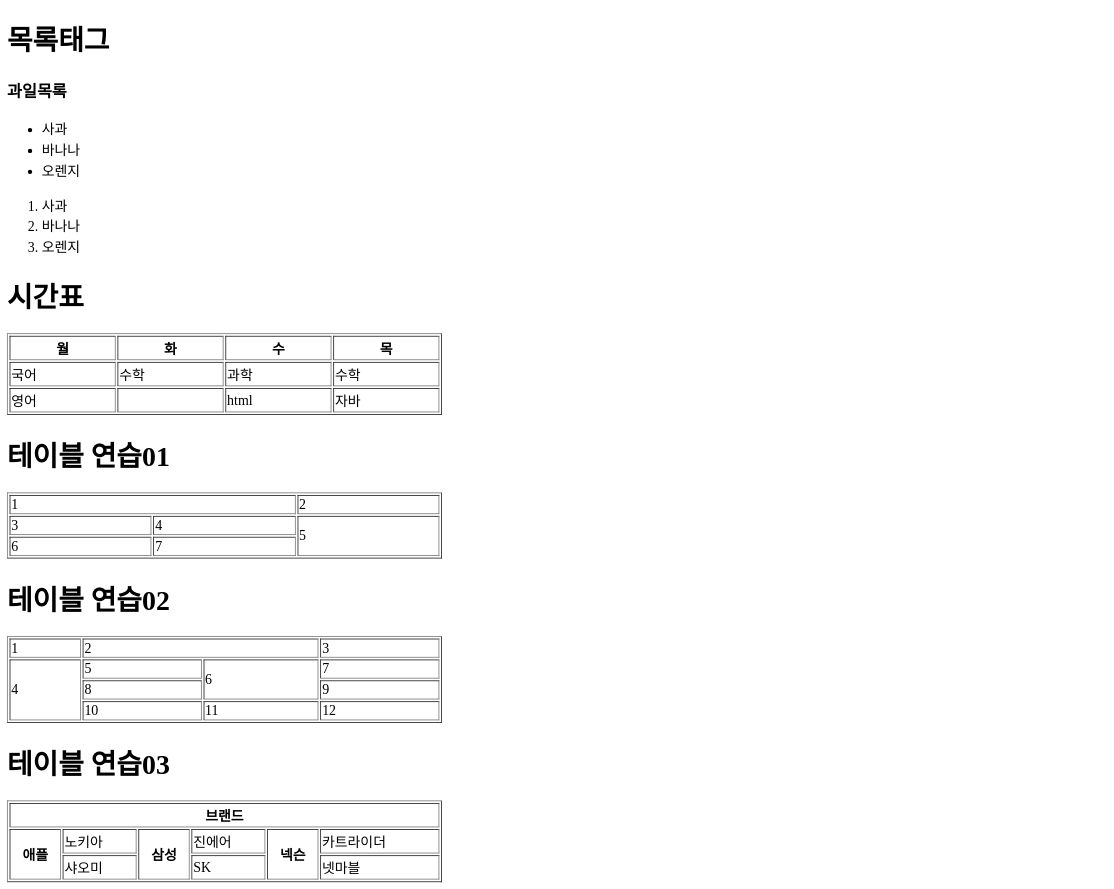
Repository: blinggg/html_git
Page: 0406/ex0406/WebContent/ex04.html
These files come from the project's save history. The page is drawn as it stood at one moment and after the next save; the edit follows.
The browser window is 1280 px wide. The pictures show the whole page, at 87% of full size.

Above is the page before, as saved 2020-04-06 05:25:58.

### 0406/ex0406/WebContent/ex04.html
<!DOCTYPE html>
<html>
<head>
<meta charset="UTF-8">
<title>연습4</title>
</head>
<body>
	<h1>목록태그</h1>
	<h3>과일목록</h3>

	<!-- 순서가 없는 리스트 -->
	<ul>
		<li>사과  </li>
		<li>바나나</li>
		<li>오렌지</li>
	</ul>

	<!-- 순서가 있는 리스트 -->
	<ol><li>사과  </li>
		<li>바나나</li>
		<li>오렌지</li>
	</ol>

	<h1>시간표</h1>
	<table border=1 width=500>
		<tr>
			<th>월</th>
			<th>화</th>
			<th>수</th>
			<th>목</th>


		</tr>
		<tr>
			<td>국어</td>
			<td>수학</td>
			<td>과학</td>
			<td>수학</td>
		</tr>

		<tr>
			<td>영어</td>
			<td></td>
			<td>html</td>
			<td>자바</td>

		</tr>
		</table>

		<h1>테이블 연습01</h1>
		<table border=1 width=500>
			<tr>
				<td colspan=2>1</td>
				<td>2</td>
			</tr>
			<tr>
				<td>3</td>
				<td>4</td>
				<td rowspan=2>5</td>
			</tr>
			<tr>
				<td>6</td>
				<td>7</td>
			</tr>
		</table>

		<h1>테이블 연습02</h1>
		<table border=1 width=500>
			<tr>
			<td>1</td>
			<td colspan=2>2</td>
			<td>3</td>
			</tr>
			<tr>
			<td rowspan=3>4</td>
			<td>5</td>
			<td rowspan=2>6</td>
			<td>7</td>
			</tr>

			<tr>
			<td>8</td>
			<td>9</td>
			</tr>

			<tr>
			<td>10</td>
			<td>11</td>
			<td>12</td>

		</table>

		<h1>테이블 연습03</h1>
		<table border=1 width=500>
		<tr>
		<th colspan=6>브랜드</th>
		</tr>

		<tr>
		<th rowspan=6>애플</th>
		<td>노키아</td>
		<th rowspan=9>삼성</th>
		<td>진에어</td>
		<th rowspan=5>넥슨</th>
		<td>카트라이더</td>
		</tr>

		<tr>
		<td>샤오미</td>
		<td>SK</td>
		<td>넷마블</td>













		</table>
</body>
</html>

After the next save:
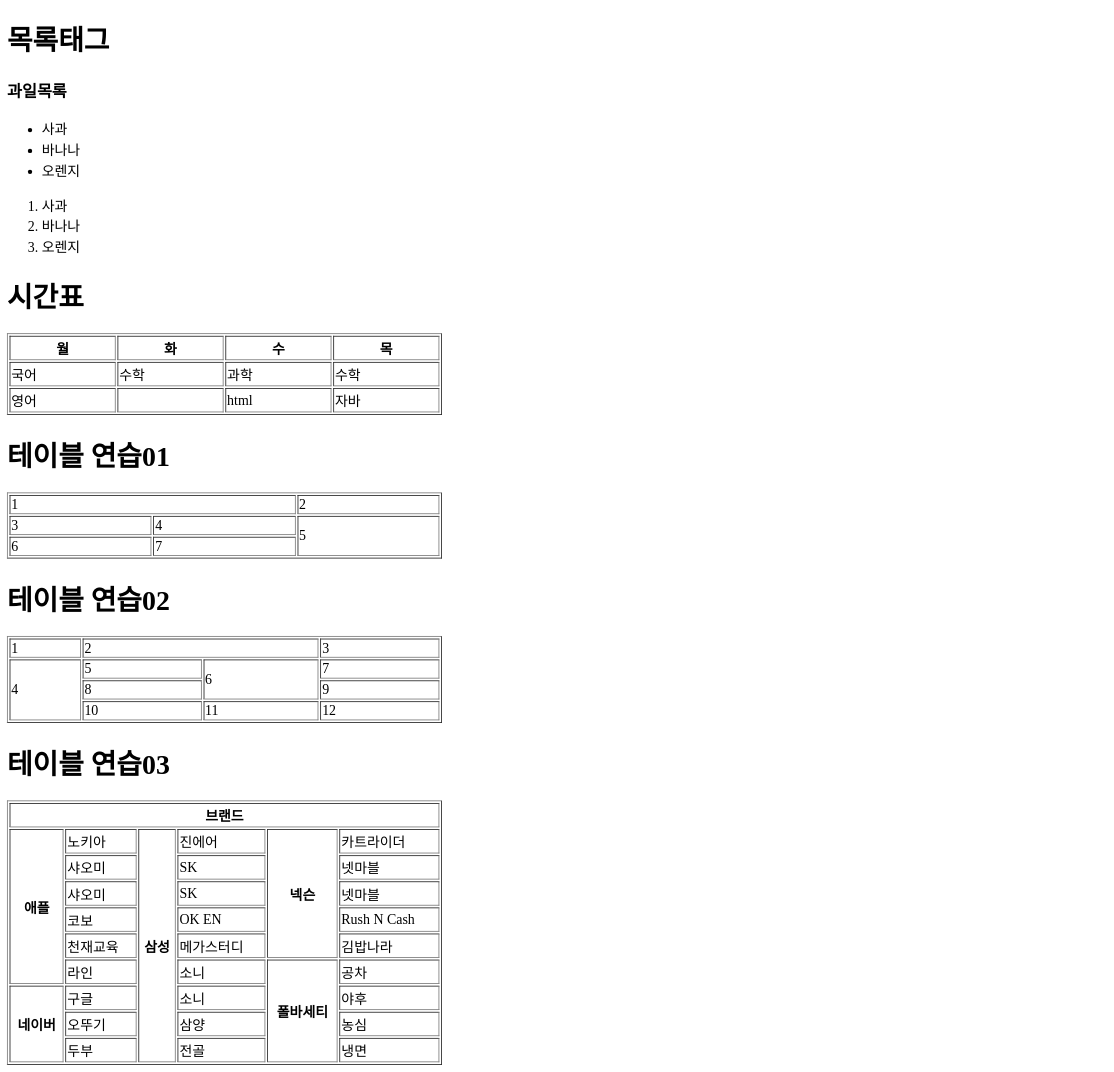
Saved 5 min 1 s later.
--- a/0406/ex0406/WebContent/ex04.html
+++ b/0406/ex0406/WebContent/ex04.html
@@ -109,17 +109,51 @@
 		<td>샤오미</td>
 		<td>SK</td>
 		<td>넷마블</td>
+		</tr>
 
+		<tr>
+		<td>샤오미</td>
+		<td>SK</td>
+		<td>넷마블</td>
+		</tr>
 
+		<tr>
+		<td>코보</td>
+		<td>OK EN</td>
+		<td>Rush N Cash</td>
+		</tr>
 
+		<tr>
+		<td>천재교육</td>
+		<td>메가스터디</td>
+		<td>김밥나라</td>
+		</tr>
 
+		<tr>
+		<td>라인</td>
+		<td>소니</td>
+		<th rowspan=4>폴바세티</th>
+		<td>공차</td>
+		</tr>
 
+		<tr>
+		<th rowspan=3>네이버</th>
+		<td>구글</td>
+		<td>소니</td>
+		<td>야후</td>
+		</tr>
 
+		<tr>
+		<td>오뚜기</td>
+		<td>삼양</td>
+		<td>농심</td>
+		</tr>
 
-
-
-
-
+		<tr>
+		<td>두부</td>
+		<td>전골</td>
+		<td>냉면</td>
+		</tr>
 
 
 		</table>
